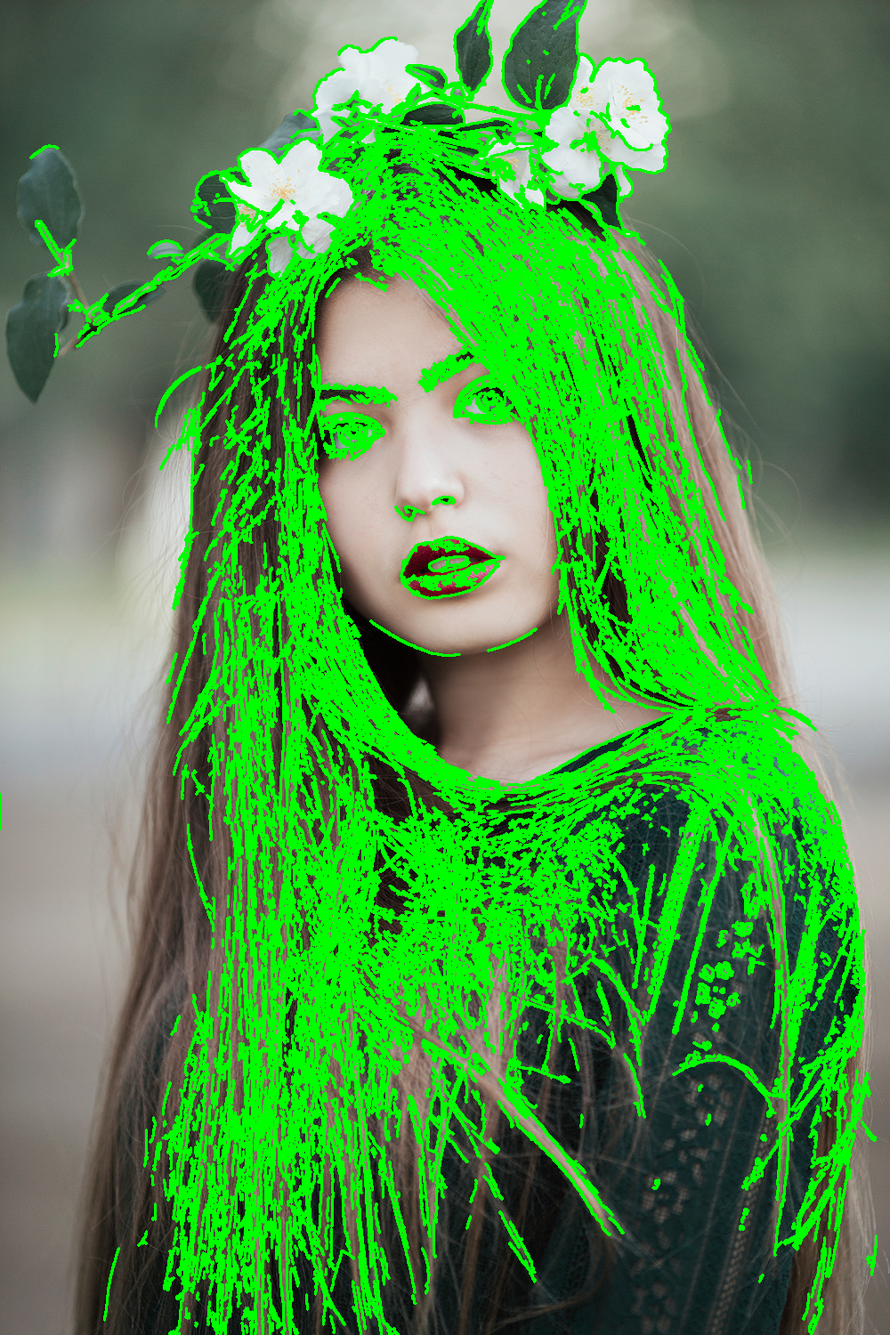
Repository: dongquan1504/ThiGiacMayTinh
Script's output: python findFingleDemo.py
These files come from the project's save history. The script's output is drawn as it stood at one moment and after the next save; the edit follows.
The pictures are shown at 89% of full size.
Random numbers start from a fixed seed. It also reads hand.jpg, images.jpg.

Above is the script's output before, as saved 2023-12-28 17:27:03.

### findFingleDemo.py
import cv2

# Đường dẫn đến ảnh cần xử lý
image_path = "images.jpg"

# Đọc ảnh từ đường dẫn
img = cv2.imread(image_path)

# Chuyển đổi ảnh sang ảnh thang độ xám
gray = cv2.cvtColor(img, cv2.COLOR_BGR2GRAY)

# Áp dụng phương pháp Canny để phát hiện cạnh
edges = cv2.Canny(gray, 100, 200)

# Tìm đường viền trong ảnh
contours, _ = cv2.findContours(edges, cv2.RETR_EXTERNAL, cv2.CHAIN_APPROX_SIMPLE)

# Vẽ đường viền lên ảnh gốc
img_with_contours = img.copy()
cv2.drawContours(img_with_contours, contours, -1, (0, 255, 0), 2)

# Hiển thị ảnh với đường viền
cv2.imshow('Image with Contours', img_with_contours)
cv2.waitKey(0)
cv2.destroyAllWindows()

After the next save:
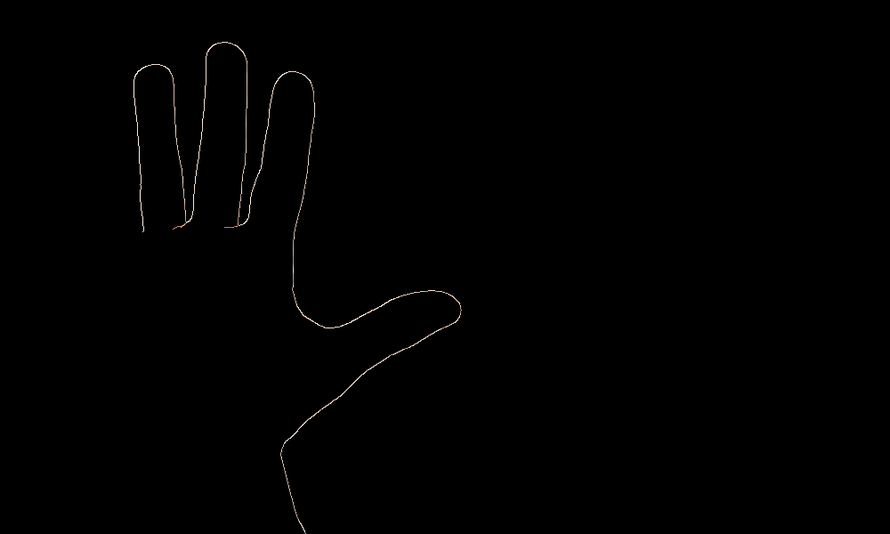
Saved 78 s later.
--- a/findFingleDemo.py
+++ b/findFingleDemo.py
@@ -1,25 +1,32 @@
 import cv2
+import numpy as np
 
 # Đường dẫn đến ảnh cần xử lý
-image_path = "images.jpg"
+image_path = "hand.jpg"
 
 # Đọc ảnh từ đường dẫn
 img = cv2.imread(image_path)
-
-# Chuyển đổi ảnh sang ảnh thang độ xám
 gray = cv2.cvtColor(img, cv2.COLOR_BGR2GRAY)
 
-# Áp dụng phương pháp Canny để phát hiện cạnh
+# Phát hiện cạnh bằng phương pháp Canny
 edges = cv2.Canny(gray, 100, 200)
 
-# Tìm đường viền trong ảnh
+# Tìm các đường viền trong ảnh
 contours, _ = cv2.findContours(edges, cv2.RETR_EXTERNAL, cv2.CHAIN_APPROX_SIMPLE)
 
-# Vẽ đường viền lên ảnh gốc
-img_with_contours = img.copy()
-cv2.drawContours(img_with_contours, contours, -1, (0, 255, 0), 2)
+# Tìm đường viền lớn nhất (ngón tay) dựa trên diện tích
+largest_contour = max(contours, key=cv2.contourArea)
 
-# Hiển thị ảnh với đường viền
-cv2.imshow('Image with Contours', img_with_contours)
+# Tạo ảnh đen với cùng kích thước với ảnh gốc
+mask = np.zeros_like(gray)
+
+# Vẽ đường viền lớn nhất (ngón tay) lên ảnh đen để tạo mask
+cv2.drawContours(mask, [largest_contour], -1, (255), thickness=cv2.FILLED)
+
+# Áp dụng mask để lấy ngón tay từ ảnh gốc
+finger = cv2.bitwise_and(img, img, mask=mask)
+
+# Hiển thị ảnh với chỉ có ngón tay
+cv2.imshow('Finger Only', finger)
 cv2.waitKey(0)
 cv2.destroyAllWindows()
